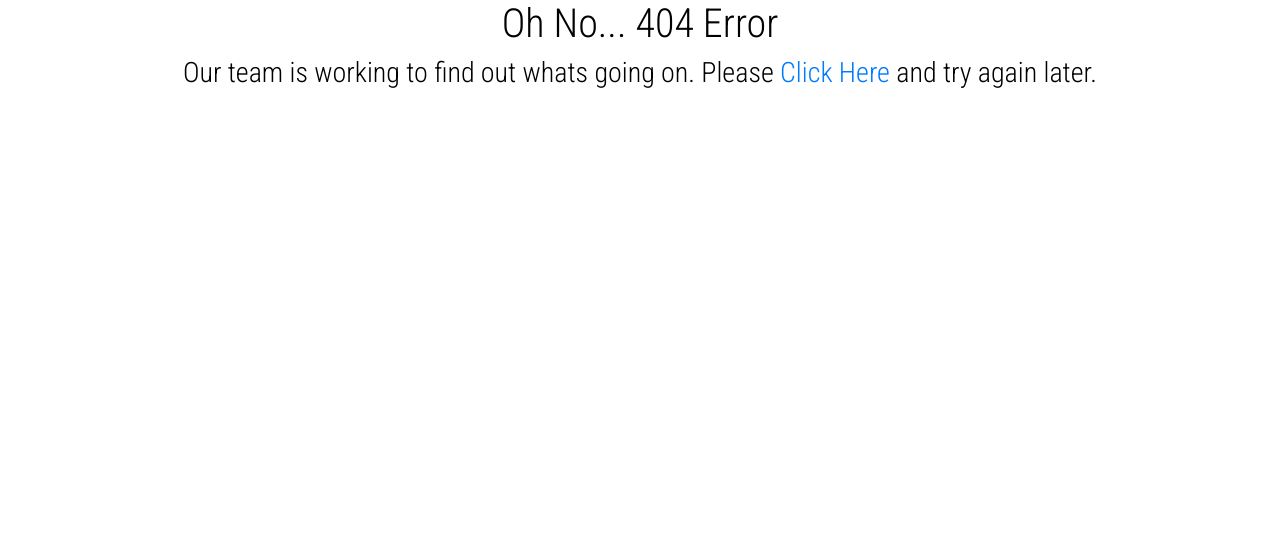
Repository: Code-Institute-Submissions/https-github.com-callendera-Milestone-Project-2
Page: 404.html
The author's editor kept a record of every edit. The page is drawn from the files as they stood at one moment, then again after the next edit.
The browser window is 1280 px wide. The pictures show the whole page.
Some web libraries are served in a nearby version.

Above is the page before.
Console error: TypeError: Cannot read properties of undefined (reading 'fn')

After the next edit:
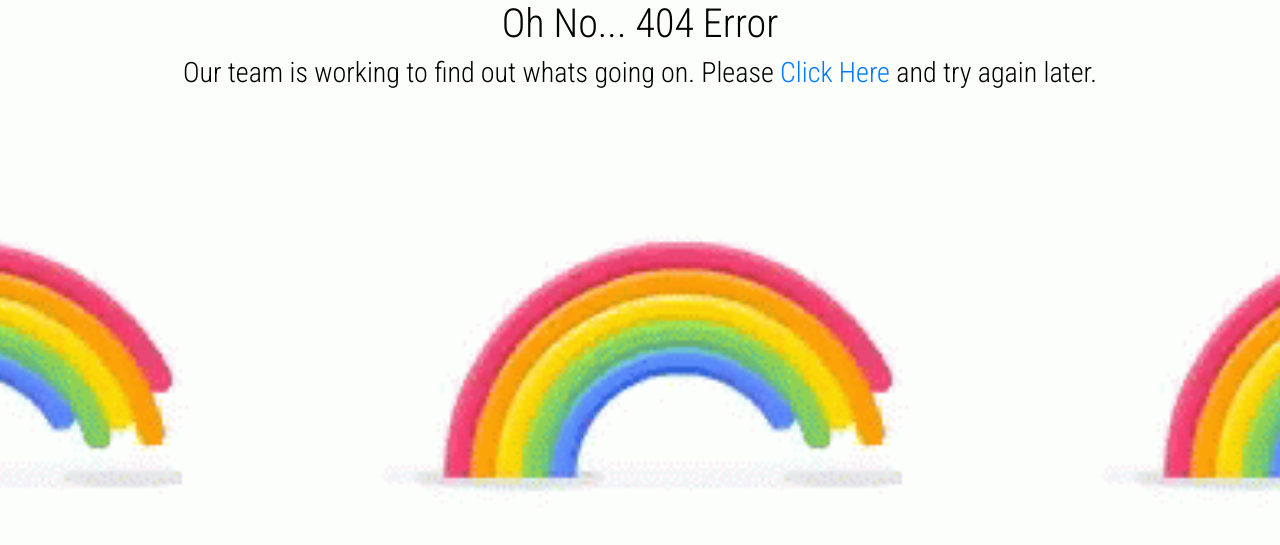
The edit:
--- a/404.html
+++ b/404.html
@@ -23,7 +23,8 @@
 
 </head>
 
-<body class="text-center">
+<body class="text-center error-body">
+    <div class="container">
    <h1>Oh No... 404 Error</h1>
     <h3>Our team is working to find out whats going on. Please <a href="index.html">Click Here</a> and try again later.</h3>
 

After the 4 edits that followed:
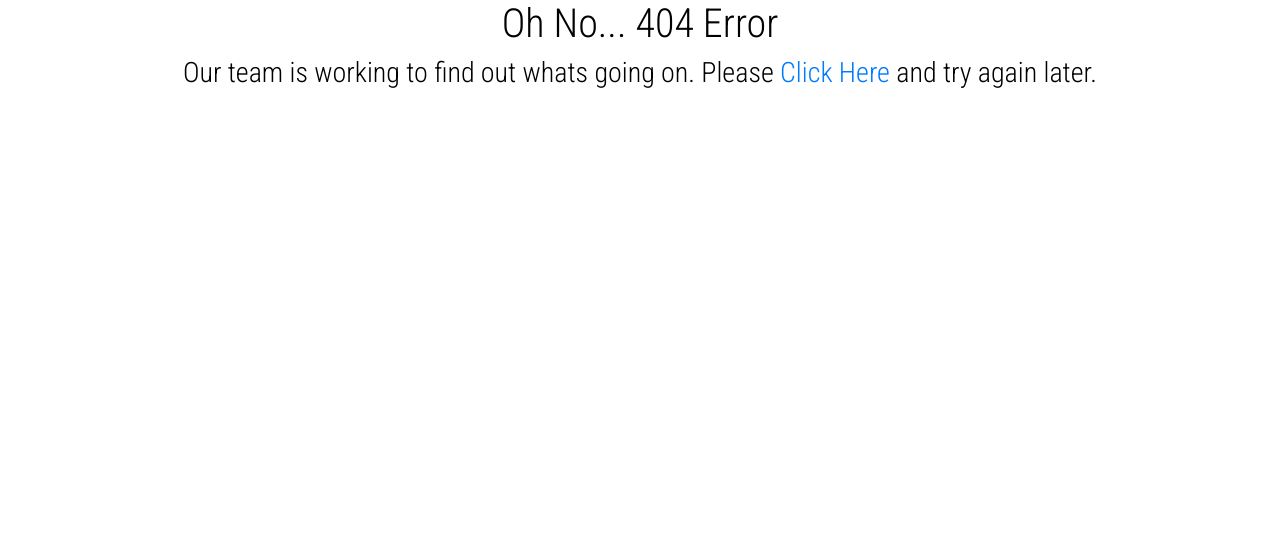
The 4 edits are shown as one change because 3 left the picture as it was.
The edit:
--- a/404.html
+++ b/404.html
@@ -23,9 +23,10 @@
 
 </head>
 
-<body class="text-center error-body">
-    <div class="container">
+<body class="text-center">
+
    <h1>Oh No... 404 Error</h1>
+
     <h3>Our team is working to find out whats going on. Please <a href="index.html">Click Here</a> and try again later.</h3>
 
 
